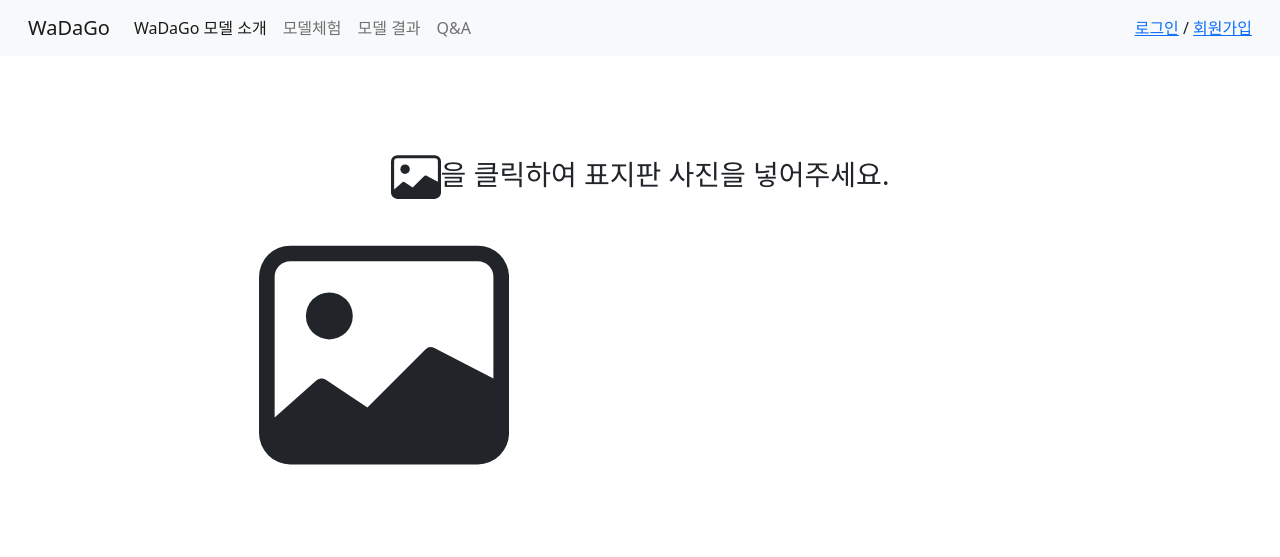
Repository: suchulchoi/Wadago_Project
Page: http://localhost/model/try
The author's editor kept a copy of each file at every save. The page is drawn from the files as they stood at one save, then again after the next save.
The browser window is 1280 px wide. The pictures show the whole page.
The page is this project's Thymeleaf template; nobody is signed in. The template is opened directly, without the code that normally fills it, so the values that code supplies are empty.

Above is the page before, as saved 2022-07-27 14:00:56.

### wadago_project/src/main/resources/templates/model/try.html
<html lang="ko" xmlns:th="http://www.thymeleaf.org">
	<head>
	    <meta charset="UTF-8">
	    <meta http-equiv="X-UA-Compatible" content="IE=edge">
	    <meta name="viewport" content="width=device-width, initial-scale=1.0">
	    <title>Image Upload Example</title>
	    <link rel="stylesheet" href="/css/style.css">
	</head>
	<style>
		.menuList{
			border-radius:20px;
			display:flex;
			text-align:center;
			padding:20px;
		}
		.imgMenu{
			width:200px;
			border:none;
			margin:20px;
			text-align:center;
			margin:auto;
		}
		#image_container{
			border:none;
			width:250px;
			height:250px;
		}
		#image_container> img{
			width:250px;
			height:250px;
		}
		.resultBtn{
			width:300px;
			height:50px;
			border:none;
			padding:10px;
			color:white;
			border-radius:50px;
			background-color:rgb(0, 128, 255);
		}
		img{
			border-radius:50px;
		}
	</style>
	<body>
		<header th:insert="header_nav.html"></header>
	    <div class="container">
			<br><br><br><br>
			<center><h3 id="title"><svg xmlns="http://www.w3.org/2000/svg" width="50" height="50" fill="currentColor" class="bi bi-image" viewBox="0 0 16 16">
									  <path d="M6.002 5.5a1.5 1.5 0 1 1-3 0 1.5 1.5 0 0 1 3 0z"/>
									  <path d="M2.002 1a2 2 0 0 0-2 2v10a2 2 0 0 0 2 2h12a2 2 0 0 0 2-2V3a2 2 0 0 0-2-2h-12zm12 1a1 1 0 0 1 1 1v6.5l-3.777-1.947a.5.5 0 0 0-.577.093l-3.71 3.71-2.66-1.772a.5.5 0 0 0-.63.062L1.002 12V3a1 1 0 0 1 1-1h12z"/>
									</svg>을 클릭하여 표지판 사진을 넣어주세요.</h3></center>
			<form th:action="@{insertImg}" method="post" name="update" enctype="multipart/form-data">
			<div class="menuList">
				<div class="imgMenu">
					<label for="image">
						<svg xmlns="http://www.w3.org/2000/svg" width="250" height="250" fill="currentColor" class="bi bi-image" viewBox="0 0 16 16">
						  <path d="M6.002 5.5a1.5 1.5 0 1 1-3 0 1.5 1.5 0 0 1 3 0z"/>
						  <path d="M2.002 1a2 2 0 0 0-2 2v10a2 2 0 0 0 2 2h12a2 2 0 0 0 2-2V3a2 2 0 0 0-2-2h-12zm12 1a1 1 0 0 1 1 1v6.5l-3.777-1.947a.5.5 0 0 0-.577.093l-3.71 3.71-2.66-1.772a.5.5 0 0 0-.63.062L1.002 12V3a1 1 0 0 1 1-1h12z"/>
						</svg>
					</label>
			  		<input name="uploadfile" type="file" class="imgInput" id="image" accept="image/*" style="display:none;" onchange="setThumbnail(event);">

				</div>
				<div id="image_container" class="imgMenu"></div>
			</div>
			<br><br>
			<center><button id="postBtn" class="resultBtn" type="submit" style="visibility:hidden;">
				<svg xmlns="http://www.w3.org/2000/svg" width="16" height="16" fill="currentColor" class="bi bi-caret-right-fill" viewBox="0 0 16 16">
				  <path d="m12.14 8.753-5.482 4.796c-.646.566-1.658.106-1.658-.753V3.204a1 1 0 0 1 1.659-.753l5.48 4.796a1 1 0 0 1 0 1.506z"/>
				</svg>&nbsp; 결과 보기</button></center>
			</form>
			<center><button id="retryBtn" class="resultBtn" type="submit" onclick="location.href='/model/try.do'" style="visibility:hidden; background-color:red;" >
				<svg xmlns="http://www.w3.org/2000/svg" width="16" height="16" fill="currentColor" class="bi bi-arrow-clockwise" viewBox="0 0 16 16">
				  <path fill-rule="evenodd" d="M8 3a5 5 0 1 0 4.546 2.914.5.5 0 0 1 .908-.417A6 6 0 1 1 8 2v1z"/>
				  <path d="M8 4.466V.534a.25.25 0 0 1 .41-.192l2.36 1.966c.12.1.12.284 0 .384L8.41 4.658A.25.25 0 0 1 8 4.466z"/>
				</svg>&nbsp; 사진 다시 넣기</button></center>
	    </div>
	</body>
	<script>
		var imgForm= document.getElementById('imgForm');
		var postBtn=document.getElementById('postBtn');
		var retryBtn=document.getElementById('retryBtn');
		var title= document.getElementById('title');
		function setThumbnail(event) {
        for (var image of event.target.files) {
          var reader = new FileReader();

          reader.onload = function(event) {
            var img = document.createElement("img");
            img.setAttribute("src", event.target.result);
            document.querySelector("div#image_container").appendChild(img);
          };

          console.log(image);
          reader.readAsDataURL(image);
          postBtn.style.visibility="visible";
          retryBtn.style.visibility="visible";
          title.style.visibility="hidden";
        }
      }
	</script>
</html>

### wadago_project/src/main/resources/templates/header_nav.html
<html lang="ko" xmlns:th="http://www.thymeleaf.org">

<head>
	<meta charset="UTF-8">
	<script src="https://cdn.jsdelivr.net/npm/bootstrap@5.1.3/dist/js/bootstrap.bundle.min.js"
		integrity="sha384-ka7Sk0Gln4gmtz2MlQnikT1wXgYsOg+OMhuP+IlRH9sENBO0LRn5q+8nbTov4+1p"
		crossorigin="anonymous"></script>
	<link rel="stylesheet" href="https://maxcdn.bootstrapcdn.com/bootstrap/4.0.0/css/bootstrap.min.css" />
	<link href="https://cdn.jsdelivr.net/npm/bootstrap@5.1.3/dist/css/bootstrap.min.css" rel="stylesheet"
		integrity="sha384-1BmE4kWBq78iYhFldvKuhfTAU6auU8tT94WrHftjDbrCEXSU1oBoqyl2QvZ6jIW3" crossorigin="anonymous">
	<link rel="stylesheet" href="/css/signup.css">
</head>

<body>
	<nav class="navbar navbar-expand-lg navbar-light bg-light">
		<div class="container-fluid">
			<a class="navbar-brand" href="/">WaDaGo</a>
			<button class="navbar-toggler" type="button" data-bs-toggle="collapse"
				data-bs-target="#navbarSupportedContent" aria-controls="navbarSupportedContent" aria-expanded="false"
				aria-label="Toggle navigation">
				<span class="navbar-toggler-icon"></span>
			</button>
			<div class="collapse navbar-collapse" id="navbarSupportedContent">
				<ul class="navbar-nav me-auto mb-2 mb-lg-0">
					<li class="nav-item">
						<a class="nav-link active" aria-current="page" href="/model/introduce">WaDaGo 모델 소개</a>
					</li>
					<li class="nav-item">
						<a class="nav-link" href="/model/try.do">모델체험</a>
					</li>
					<li class="nav-item">
						<a class="nav-link" href="/model/result">모델 결과</a>
					</li>
					<li class="nav-item">
						<a class="nav-link" href="/board/list/1">Q&A</a>
					</li>
					<li class="nav-item dropdown" th:if="${session.memVo} and ${session.memVo.grade == 0}">
						<a class="nav-link dropdown-toggle" href="#" role="button" data-bs-toggle="dropdown"
							aria-expanded="false">
							관리자 전용
						</a>
						<ul class="dropdown-menu" aria-labelledby="navbarDropdown">
							<li><a class="dropdown-item" href="/mem/memberManagement/1">멤버 관리</a></li>
							<li><a class="dropdown-item" href="/mem/img">입력 사진 관리</a></li>
						</ul>
					</li>
				</ul>
				<div th:if="${session.memVo}">
					<!--<span th:if="${session.memVo}!=null" th:text="${session.memVo.id}"></span>-->
					<span th:text="${session.memVo}?${session.memVo.id}:''"></span>
					(<span th:text="${session.memVo?.name}"></span>)
					님 로그인
					&nbsp;/&nbsp;
					<a href="/mem/logout">
						로그아웃
					</a>

				</div>
				<div class="d-flex" th:if="!${session.memVo}">
					<a href="/mem/login">
						로그인
					</a>&nbsp;/&nbsp;
					<a href="/mem/signup">
						회원가입
					</a>
				</div>
			</div>
		</div>
	</nav>
</body>

</html>

### wadago_project/src/main/resources/templates/style.css
@keyframes slide {
    from{
        left: -100px;
        opacity:0 ;
    }
    to{
        left: 400px;
        opacity: 1;
    }
}

@keyframes disappear {
    from{
        left:400px;
        opacity: 1;
    }
    to{
        left:-100px;
        opacity:0;
    }
}

Loaded but not shown: wadago_project/src/main/resources/static/css/signup.css (no copy from this time; the picture is the same without it)

After the next save:
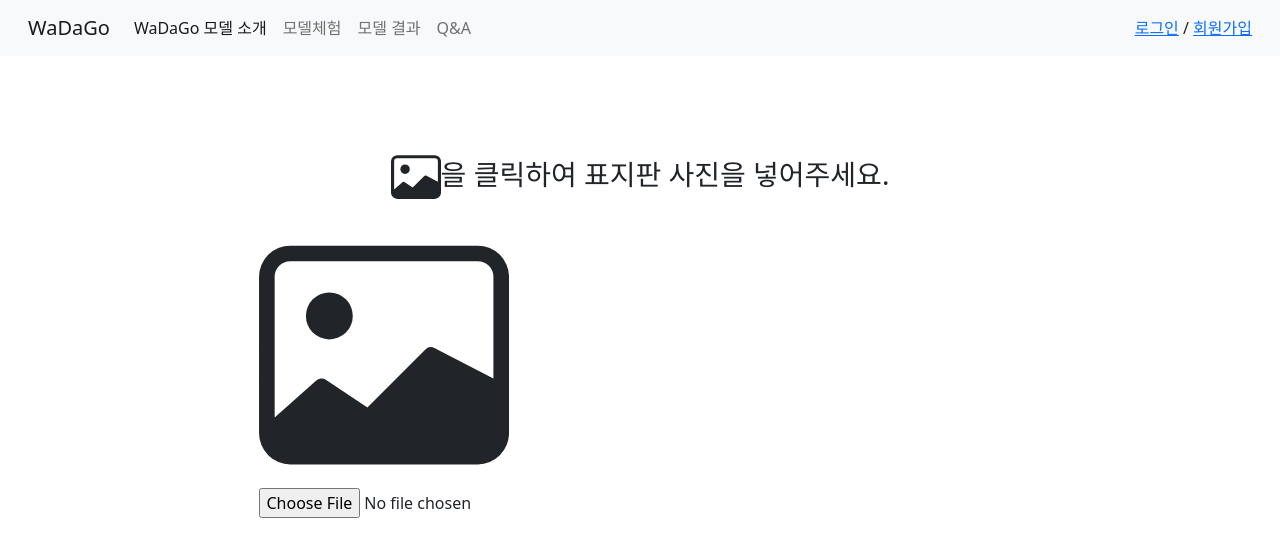
Saved 80 s later.
--- a/wadago_project/src/main/resources/templates/model/try.html
+++ b/wadago_project/src/main/resources/templates/model/try.html
@@ -60,6 +60,7 @@
 						</svg>
 					</label>
 			  		<input name="uploadfile" type="file" class="imgInput" id="image" accept="image/*" style="display:none;" onchange="setThumbnail(event);">
+			  		<input name="uploadfile2" type="file" >
 
 				</div>
 				<div id="image_container" class="imgMenu"></div>
